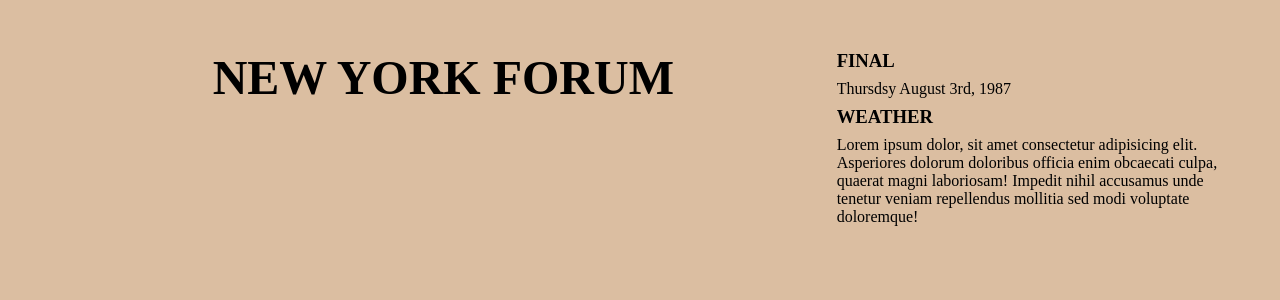
Repository: Arkitecth/newspaper-grid
Page: index.html
The author's editor kept a copy of each file at every save. The page is drawn from the files as they stood at one save, then again after the next save.
The browser window is 1280 px wide. The pictures show the whole page.

Above is the page before, as saved 2023-05-29 17:02:32.

After the next save:
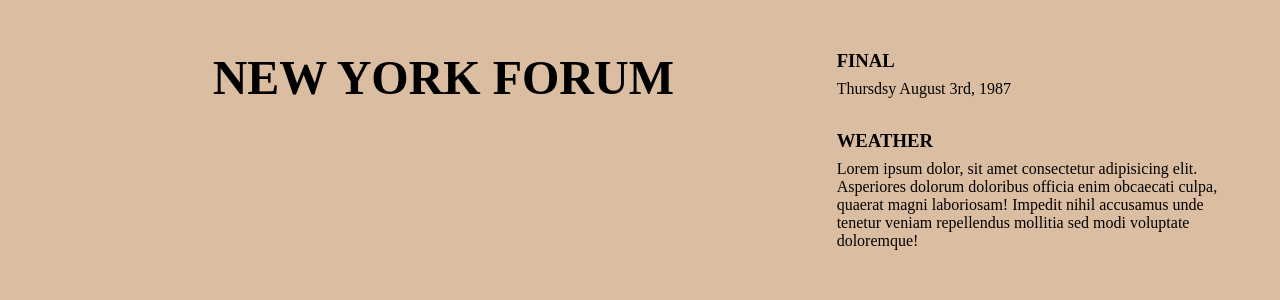
Saved 6 s later.
--- a/styles.css
+++ b/styles.css
@@ -25,5 +25,5 @@
 
 .aside p {
     padding-top: 0.5rem;
-    margin-bottom: 0.5rem;
+    margin-bottom: 2rem;
 }
